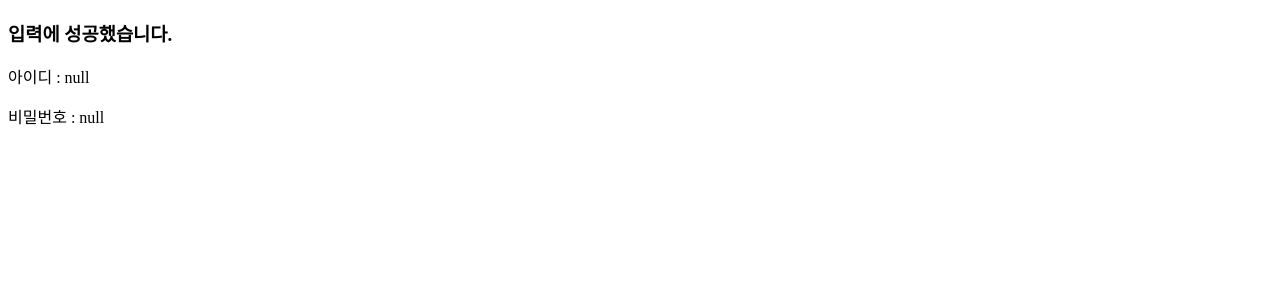
Repository: SJM7301/KH-JSP
Page: http://localhost/JSPBook/ch08/validation05_process.jsp
These files come from the project's save history. The page is drawn as it stood at one moment and after the next save; the edit follows.
The browser window is 1280 px wide. The pictures show the whole page.
The page is served by Tomcat 10. Nobody is signed in. The application's start-up code is not run. Other server files are loaded and not shown.

Above is the page before, as saved 2025-02-06 08:18:24.

### JSPBook/src/main/webapp/ch08/validation05_process.jsp
<%@ page language="java" contentType="text/html; charset=UTF-8"
    pageEncoding="UTF-8"%>
<!DOCTYPE html>
<html>
<head>
<meta charset="UTF-8">
<title>Insert title here</title>
</head>
<body>
	<h3>입력에 성공했습니다.</h3>
	<%
		request.setCharacterEncoding("UTF-8");
		String id = request.getParameter("id");
		String passwd = request.getParameter("passwd");
	%>

	<p> 아이디 : <%=id %>
	<p> 비밀번호 : <%=passwd %>
</body>
</html>

After the next save:
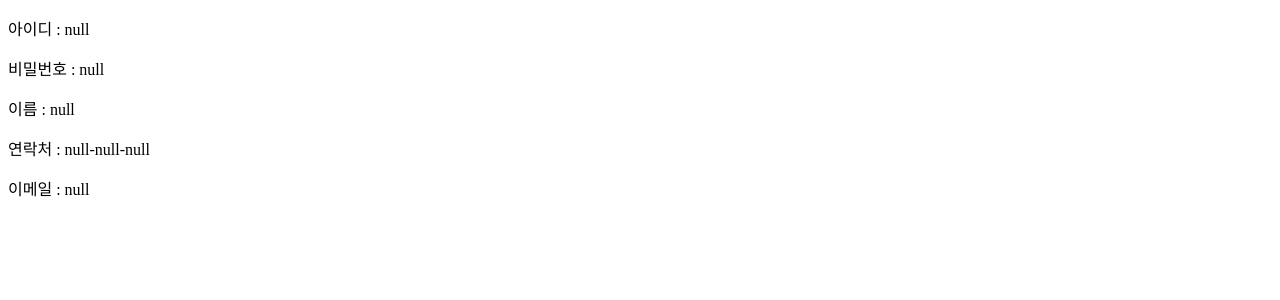
Saved 2 min 15 s later.
--- a/JSPBook/src/main/webapp/ch08/validation05_process.jsp
+++ b/JSPBook/src/main/webapp/ch08/validation05_process.jsp
@@ -7,14 +7,14 @@
 <title>Insert title here</title>
 </head>
 <body>
-	<h3>입력에 성공했습니다.</h3>
 	<%
 		request.setCharacterEncoding("UTF-8");
-		String id = request.getParameter("id");
-		String passwd = request.getParameter("passwd");
 	%>
 
-	<p> 아이디 : <%=id %>
-	<p> 비밀번호 : <%=passwd %>
+	<p> 아이디 : <%=request.getParameter("id") %>
+	<p> 비밀번호 : <%=request.getParameter("passwd") %>
+	<p> 이름 : <%=request.getParameter("name") %>
+	<p> 연락처 : <%=request.getParameter("phone1") %>-<%=request.getParameter("phone2") %>-<%=request.getParameter("phone3") %>
+	<p> 이메일 : <%=request.getParameter("email") %>
 </body>
 </html>
